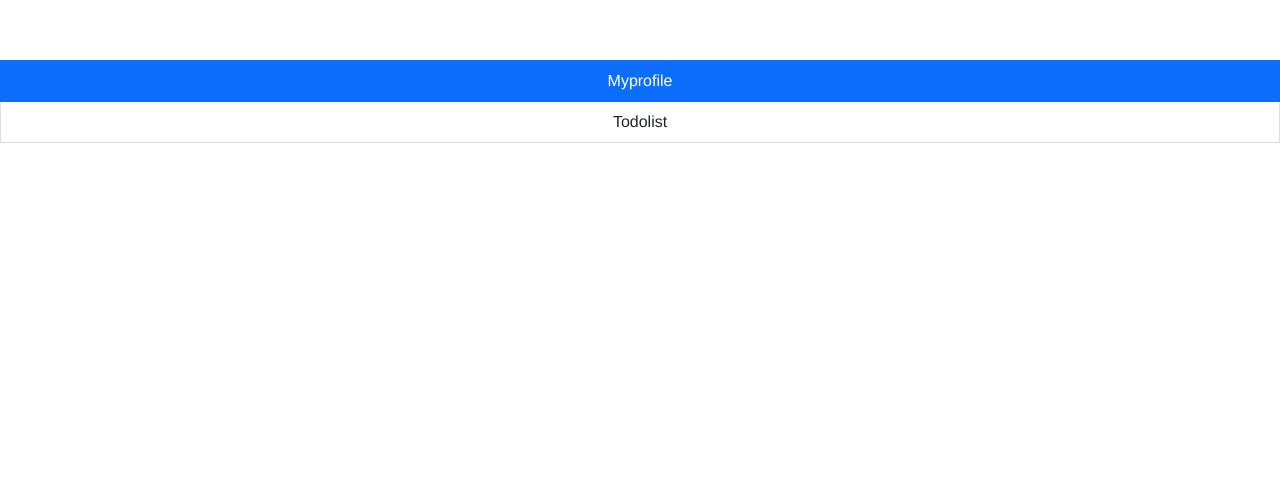
Repository: Shanshan67/todolist
Page: /#/profile
These files come from the project's save history. The page is drawn as it stood at one moment and after the next save; the edit follows.
The browser window is 1280 px wide. The pictures show the whole page.
The project was rebuilt for these pictures with package versions that can differ from the ones it lists, and the page was loaded fresh each time. Also part of the build but not shown: src/components/Dashboard.vue, src/components/Todolist.vue.

Above is the page before, as saved 2022-07-15 23:09:57.

After the next save:
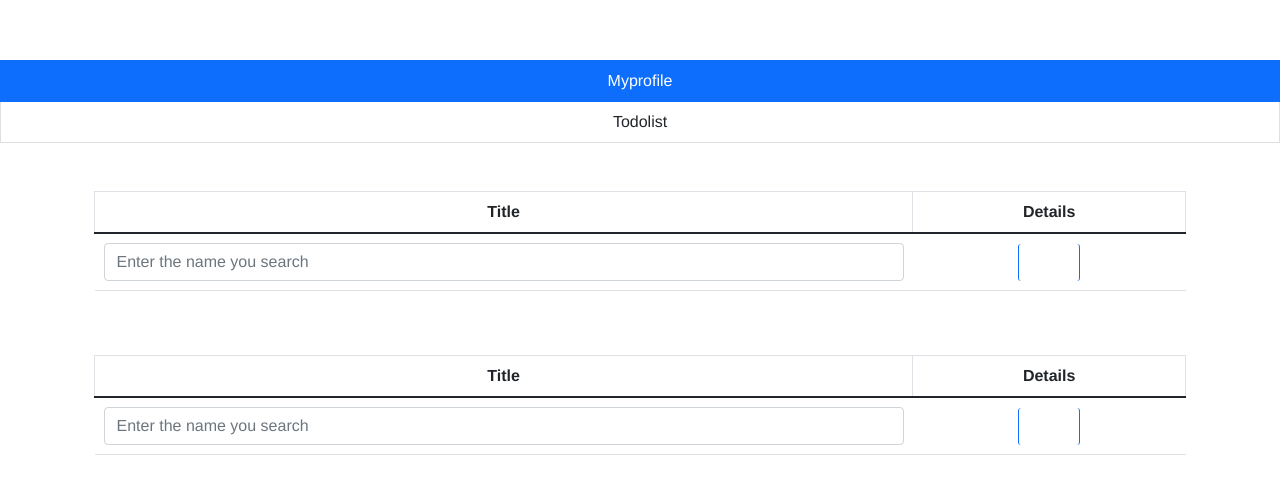
Saved 17 s later.
--- a/src/components/Myprofile.vue
+++ b/src/components/Myprofile.vue
@@ -10,6 +10,6 @@
 	import List from './List'
 	export default {
 		name:'Myprofile',
-
+		components:{Search,List}
 	}
 </script>
